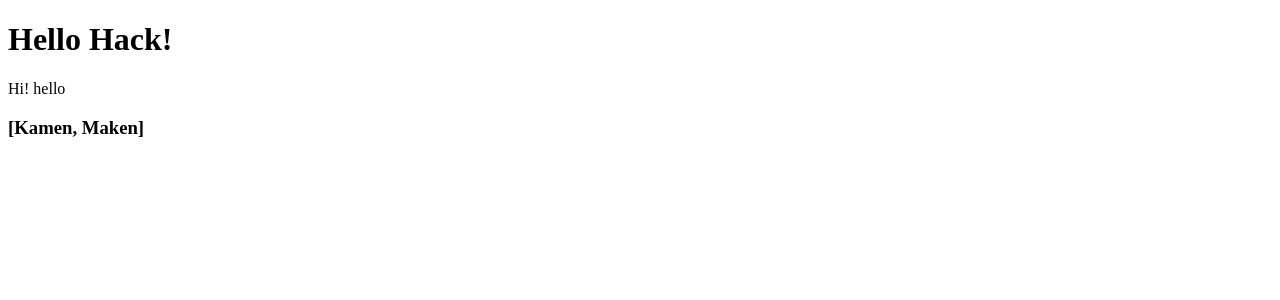
Repository: borisaltanov/HackBulgaria-Java-101
Page: http://localhost/TodooList/Index
The author's editor kept a copy of each file at every save. The page is drawn from the files as they stood at one save, then again after the next save.
The browser window is 1280 px wide. The pictures show the whole page.
The page is served by Tomcat 9.

Above is the page before, as saved 2017-02-17 17:17:57.

### java-ee/TodooList/WebContent/index.jsp
<%@ page language="java" contentType="text/html; charset=UTF-8"
	pageEncoding="UTF-8"%>

<% String hi = "Hi!"; %>
<!DOCTYPE html PUBLIC "-//W3C//DTD HTML 4.01 Transitional//EN" "http://www.w3.org/TR/html4/loose.dtd">
<html>
	<head>
		<meta http-equiv="Content-Type" content="text/html; charset=UTF-8">
		<title>${title}</title>
	</head>
	<body>
		<h1>Hello Hack!</h1>
		<%=hi %>
		${message}

		<h3>
			${users}
		</h3>
	</body>
</html>

### java-ee/TodooList/src/com/hackbulgaria/Index.java
package com.hackbulgaria;

import java.io.IOException;
import java.util.LinkedList;

import javax.servlet.RequestDispatcher;
import javax.servlet.ServletException;
import javax.servlet.annotation.WebServlet;
import javax.servlet.http.HttpServlet;
import javax.servlet.http.HttpServletRequest;
import javax.servlet.http.HttpServletResponse;

/**
 * Servlet implementation class Index
 */
@WebServlet("/Index")
public class Index extends HttpServlet {
	private static final long serialVersionUID = 1L;


	protected void doGet(HttpServletRequest request, HttpServletResponse response) throws ServletException, IOException {
/*		LinkedList<String> users = new LinkedList<>();

		users.add("Kamen");
		users.add("Maken");


		String usersString = "<ul>";
		for (String u : users) {
			usersString += "<li>" + u + "</li>";
		}
		usersString += "</ul>";


		response.
			getWriter()
			.write("<h1>Hello Hack!</h1>" + usersString);*/

		LinkedList<String> users = new LinkedList<>();

		users.add("Kamen");
		users.add("Maken");

		request.getSession().setAttribute("message", "hello");
		request.getSession().setAttribute("title", "ToDo List");
		request.getSession().setAttribute("users",users);

		RequestDispatcher view =
				request.getRequestDispatcher("index.jsp");

		view.forward(request, response);

	}


	protected void doPost(HttpServletRequest request, HttpServletResponse response) throws ServletException, IOException {
	}

}

After the next save:
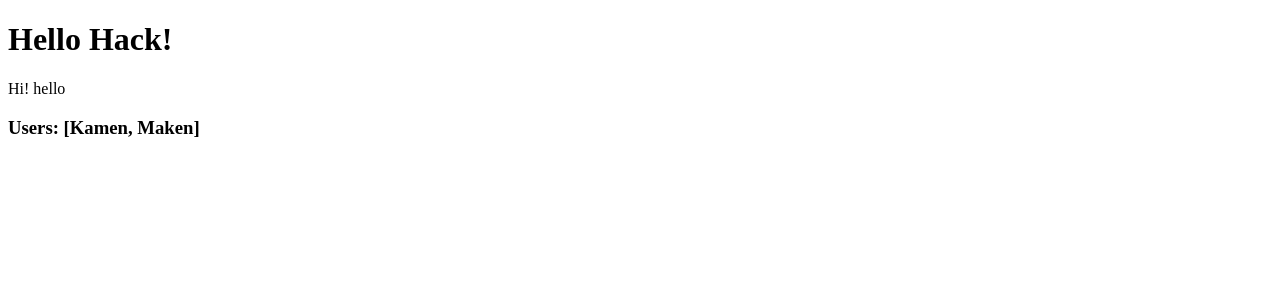
Saved 29 s later.
--- a/java-ee/TodooList/WebContent/index.jsp
+++ b/java-ee/TodooList/WebContent/index.jsp
@@ -13,7 +13,7 @@
 		<%=hi %>
 		${message}
 
-		<h3>
+		<h3>Users:
 			${users}
 		</h3>
 	</body>
